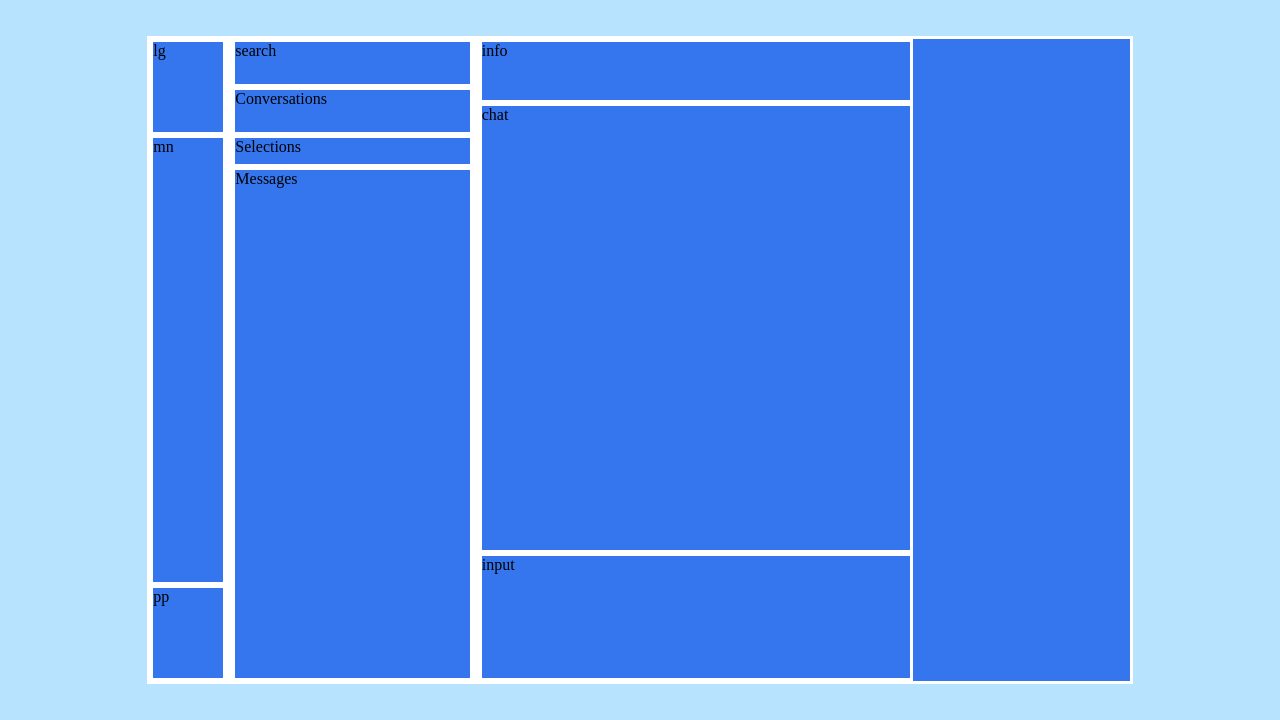
Repository: arafat877/super-chat
Page: /
The author's editor kept a copy of each file at every save. The page is drawn from the files as they stood at one save, then again after the next save.
The browser window is 1280 px wide. The pictures show the whole page.
The project was rebuilt for these pictures with package versions that can differ from the ones it lists, and the page was loaded fresh each time. Also part of the build but not shown: src/App.scss.

Above is the page before, as saved 2020-08-05 14:52:36.

After the next save:
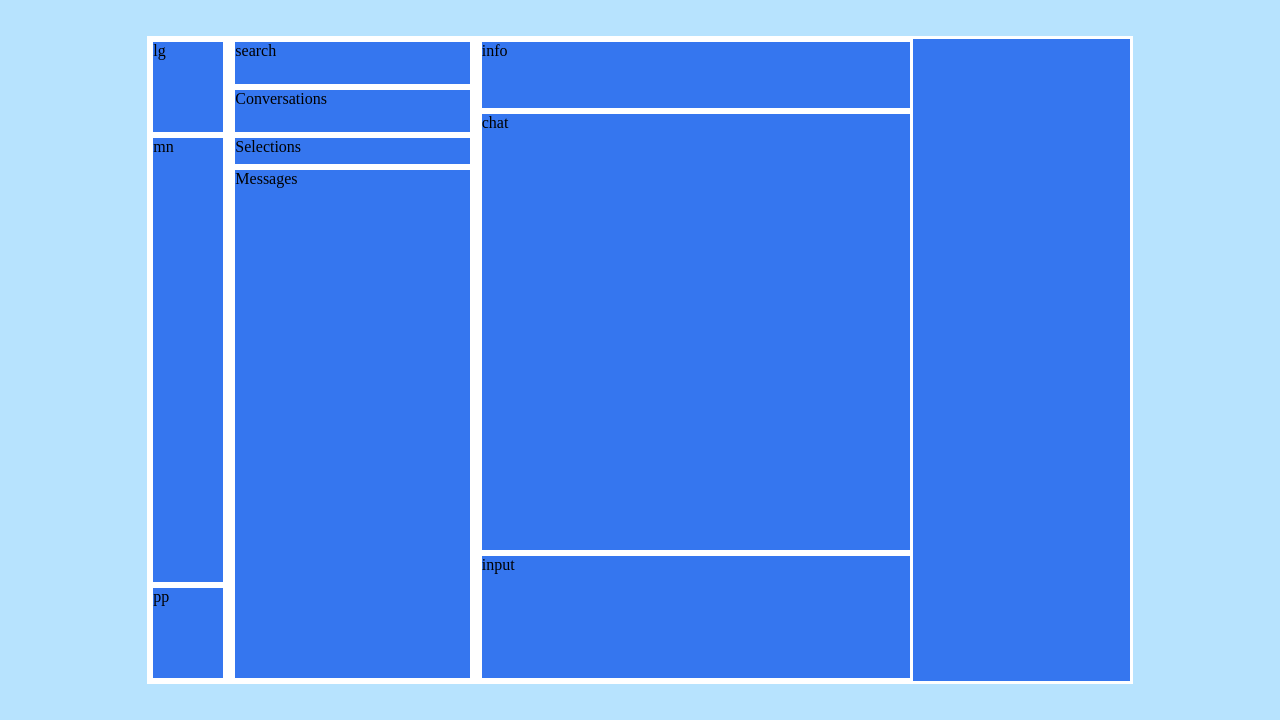
Saved 58 s later.
--- a/src/App.js
+++ b/src/App.js
@@ -63,11 +63,11 @@ const useStyles = makeStyles((theme) => ({
   },
   c3Info:{
     border: "solid white",
-    height: "10%",
+    height: "11.25%",
   },
   c3Chat:{
     border: "solid white",
-    height: "70%",
+    height: "68.75%",
   },
   c3Input:{
     border: "solid white",
